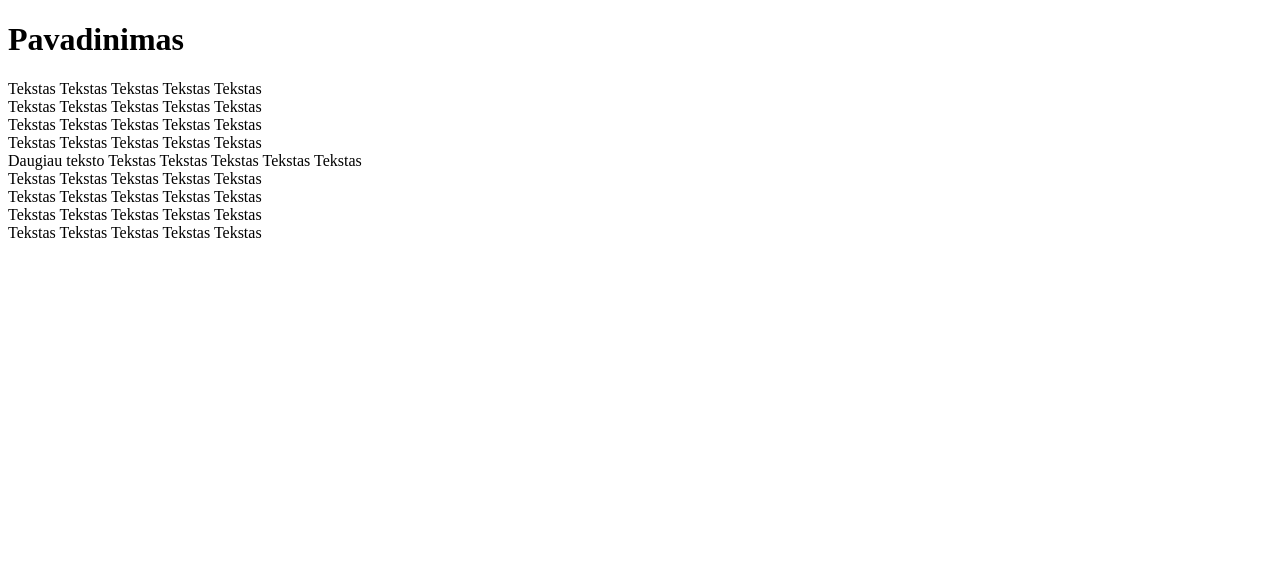
Repository: motiejus1/01-paskait
Page: pirmas.html
An editor plug-in stored every save of this project. The page is shown before and after the next save, followed by the edit.
The browser window is 1280 px wide. The pictures show the whole page.

Above is the page before, as saved 2021-05-31 20:22:40.

After the next save:
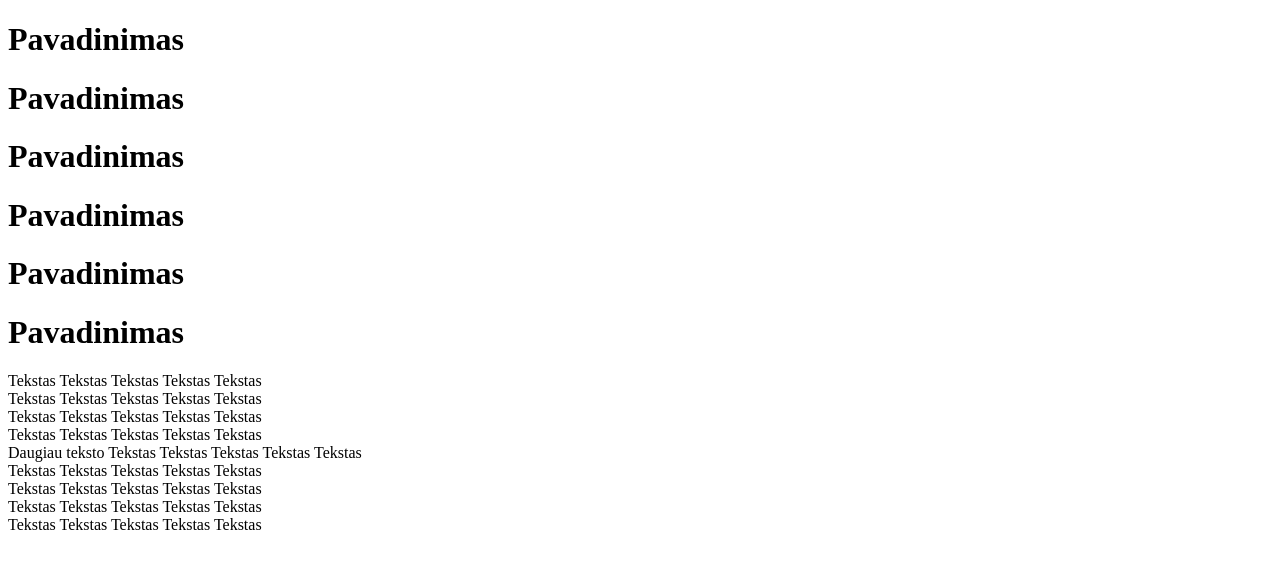
Saved 5 s later.
--- a/pirmas.html
+++ b/pirmas.html
@@ -11,7 +11,11 @@
     <body>
 
         <h1>Pavadinimas</h1>
-
+        <h1>Pavadinimas</h1>
+        <h1>Pavadinimas</h1>
+        <h1>Pavadinimas</h1>
+        <h1>Pavadinimas</h1>
+        <h1>Pavadinimas</h1>
 
 
         Tekstas Tekstas Tekstas Tekstas Tekstas<br>
